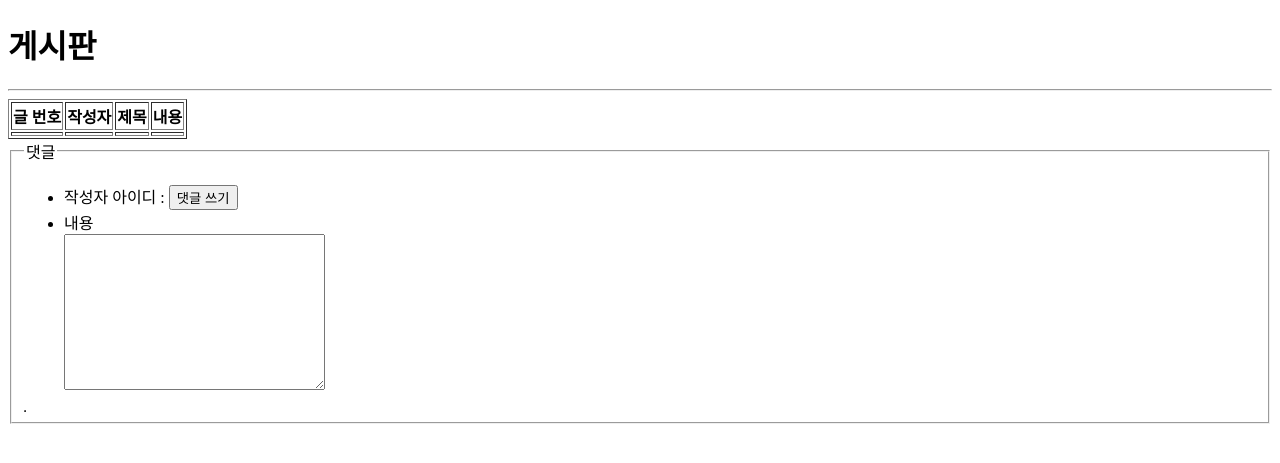
Repository: khy4701/JavaServerPage-Servlet
Page: http://localhost/07.BoardProejct/View.jsp
The author's editor kept a copy of each file at every save. The page is drawn from the files as they stood at one save, then again after a run of saves.
The browser window is 1280 px wide. The pictures show the whole page.
The page is served by Tomcat 9.

Above is the page before, as saved 2016-07-27 00:47:20.

After the next 2 saves:
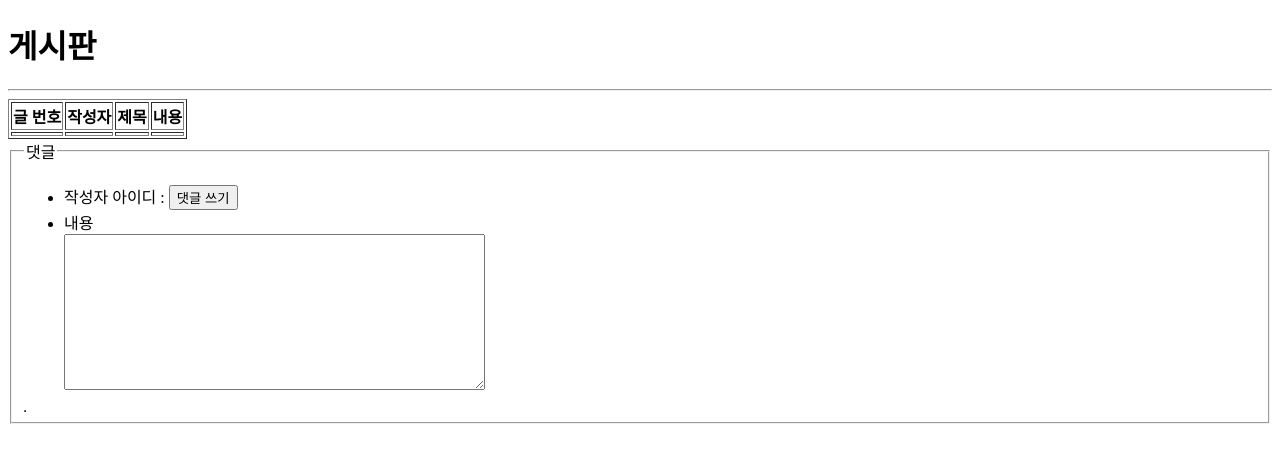
The 2 saves are shown as one change because they came seconds apart.
The last was saved 18 s later.
--- a/07.BoardProejct/WebContent/View.jsp
+++ b/07.BoardProejct/WebContent/View.jsp
@@ -31,7 +31,7 @@
 	<legend>댓글 </legend>
 		<ul>
 			<li>작성자 아이디 : ${content.id} <input type="button" value="댓글 쓰기"> </li>
-			<li>내용 <br><textarea rows="10" cols="30" name="content"></textarea></li>
+			<li>내용 <br><textarea rows="10" cols="50" name="content"></textarea></li>
 		</ul>
 
 	<table border="1">
